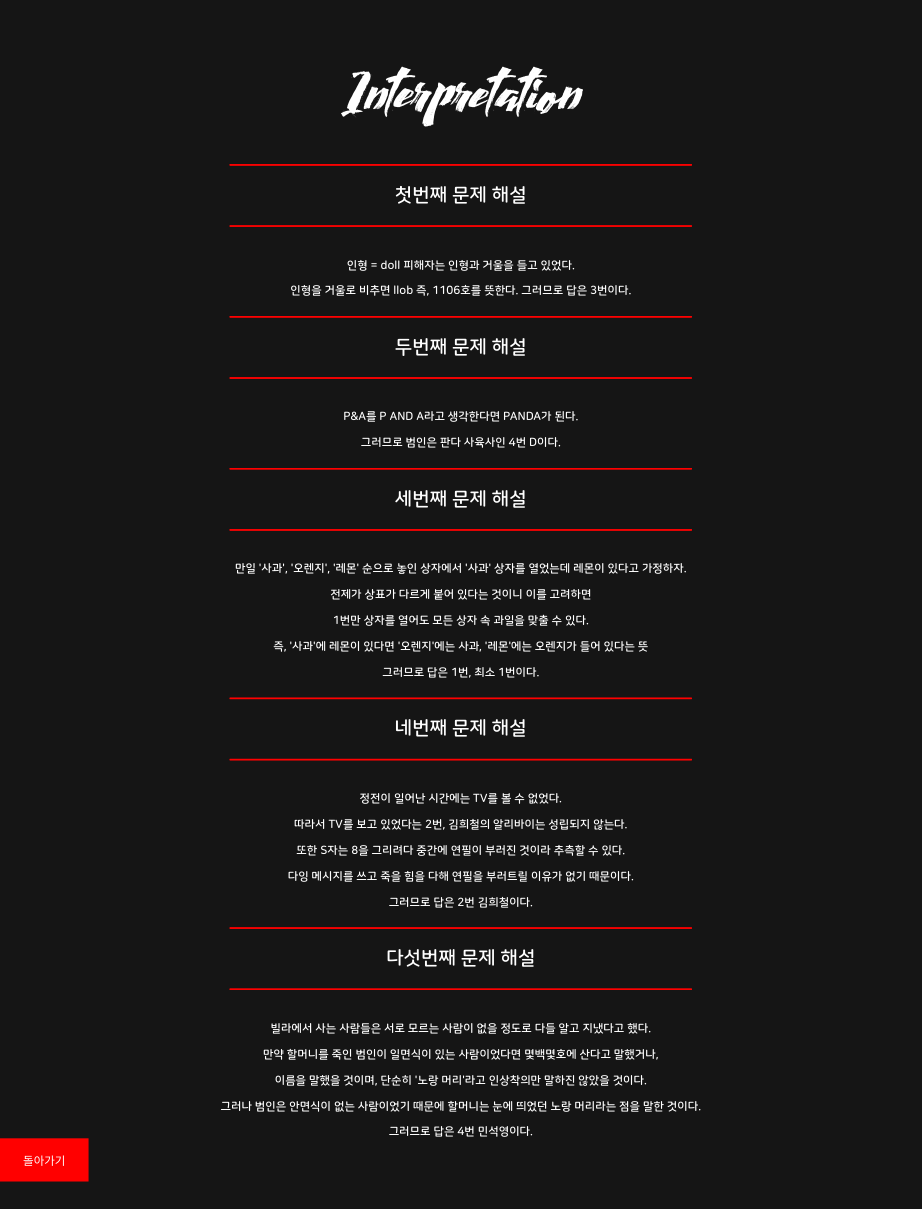
Repository: minkyung0421/Event_Project
Page: http://localhost/Event/inter.jsp
The author's editor kept a copy of each file at every save. The page is drawn from the files as they stood at one save, then again after the next save.
The browser window is 1280 px wide. The pictures show the whole page, at 72% of full size.
The page is served by Tomcat 9.

Above is the page before, as saved 2018-09-04 20:02:10.

After the next save:
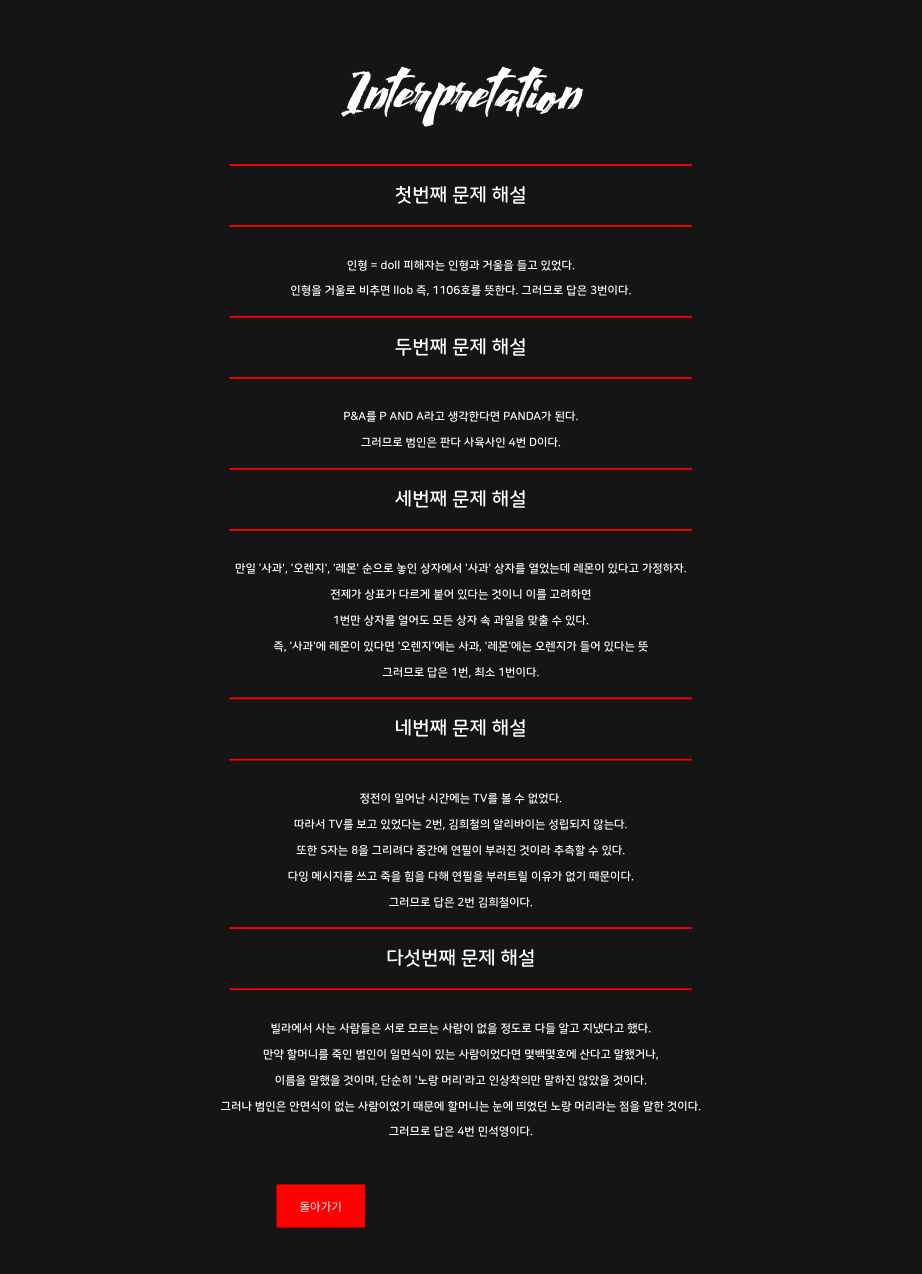
Saved 24 s later.
--- a/Event_Project/Event/WebContent/inter.jsp
+++ b/Event_Project/Event/WebContent/inter.jsp
@@ -119,6 +119,6 @@ button:hover:before,button:hover:after{
 		단순히 '노랑 머리'라고 인상착의만 말하진 않았을 것이다.<br><br>
 		그러나 범인은 안면식이 없는 사람이었기 때문에 할머니는 눈에 띄었던 노랑 머리라는 점을 말한 것이다. <br><br>그러므로 답은 4번 민석영이다.
 </center>
-<button name = "button" onClick='window.close()'>돌아가기</button>
+<button name = "button" onClick='window.close()' style = "margin-left:30%; margin-bottom:5%; margin-top:5%">돌아가기</button>
 </body>
 </html>
